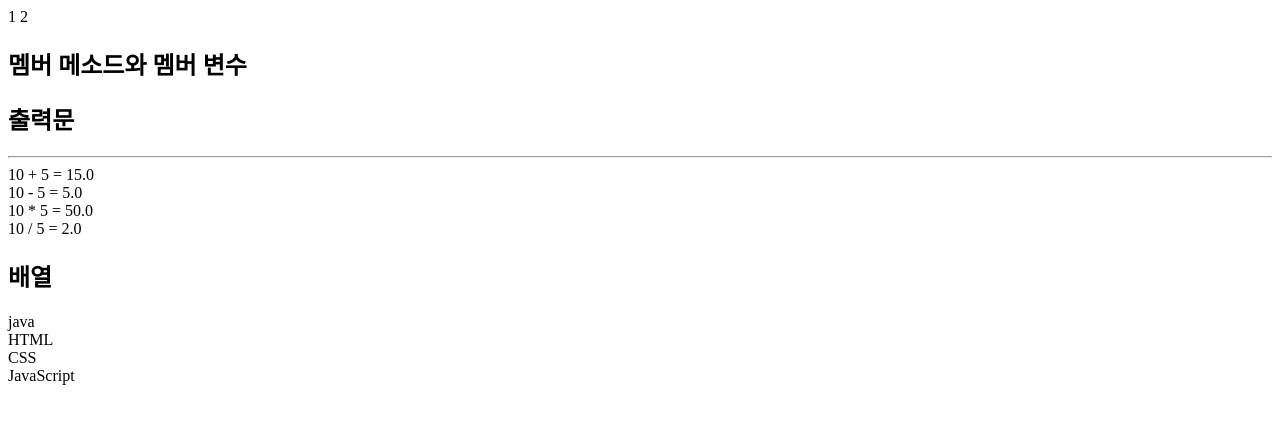
Repository: tldnwkd/jspclass2026
Page: http://localhost/chapter01/test04.jsp
These files come from the project's save history. The page is drawn as it stood at one moment and after the next save; the edit follows.
The browser window is 1280 px wide. The pictures show the whole page.
The page is served by Tomcat 9.

Above is the page before, as saved 2026-10-16 03:08:57.

After the next save:
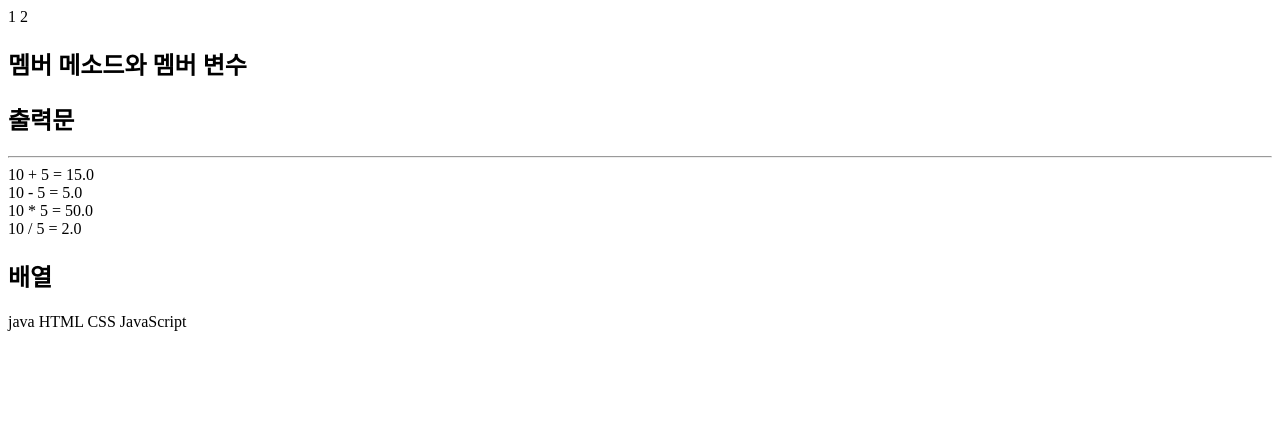
Saved 68 s later.
--- a/chapter01/src/main/webapp/test04.jsp
+++ b/chapter01/src/main/webapp/test04.jsp
@@ -46,7 +46,7 @@
  	String arr[] = {"java","HTML","CSS","JavaScript"};
  	for(int j=0; j<arr.length; j++){
  		/* 표현식 스크립트릿을 사용하지 않고 브라우저로 출력하는 방법 */
- 		out.print(arr[j]+"<br/>");
+ 		out.println(arr[j]);
  	}
  %>
 </body>
